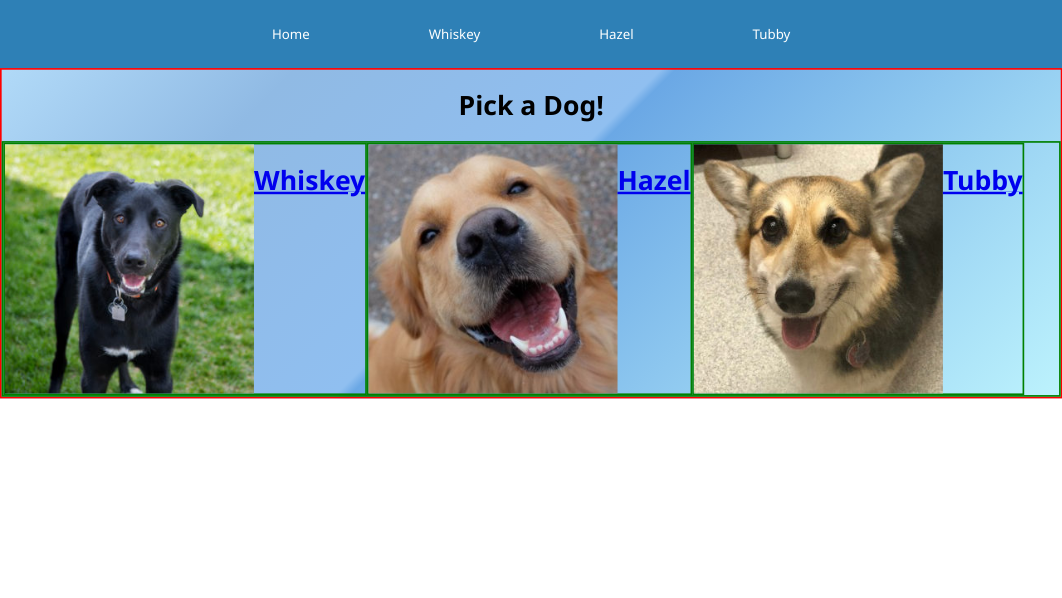
Repository: johnmutina/dog-finder
Page: /dogs
The author's editor kept a copy of each file at every save. The page is drawn from the files as they stood at one save, then again after the next save.
The browser window is 1280 px wide. The pictures show the whole page, at 83% of full size.
The project was rebuilt for these pictures with package versions that can differ from the ones it lists, and the page was loaded fresh each time. Also part of the build but not shown: src/Dog.js.

Above is the page before, as saved 2019-07-28 15:12:41.

After the next save:
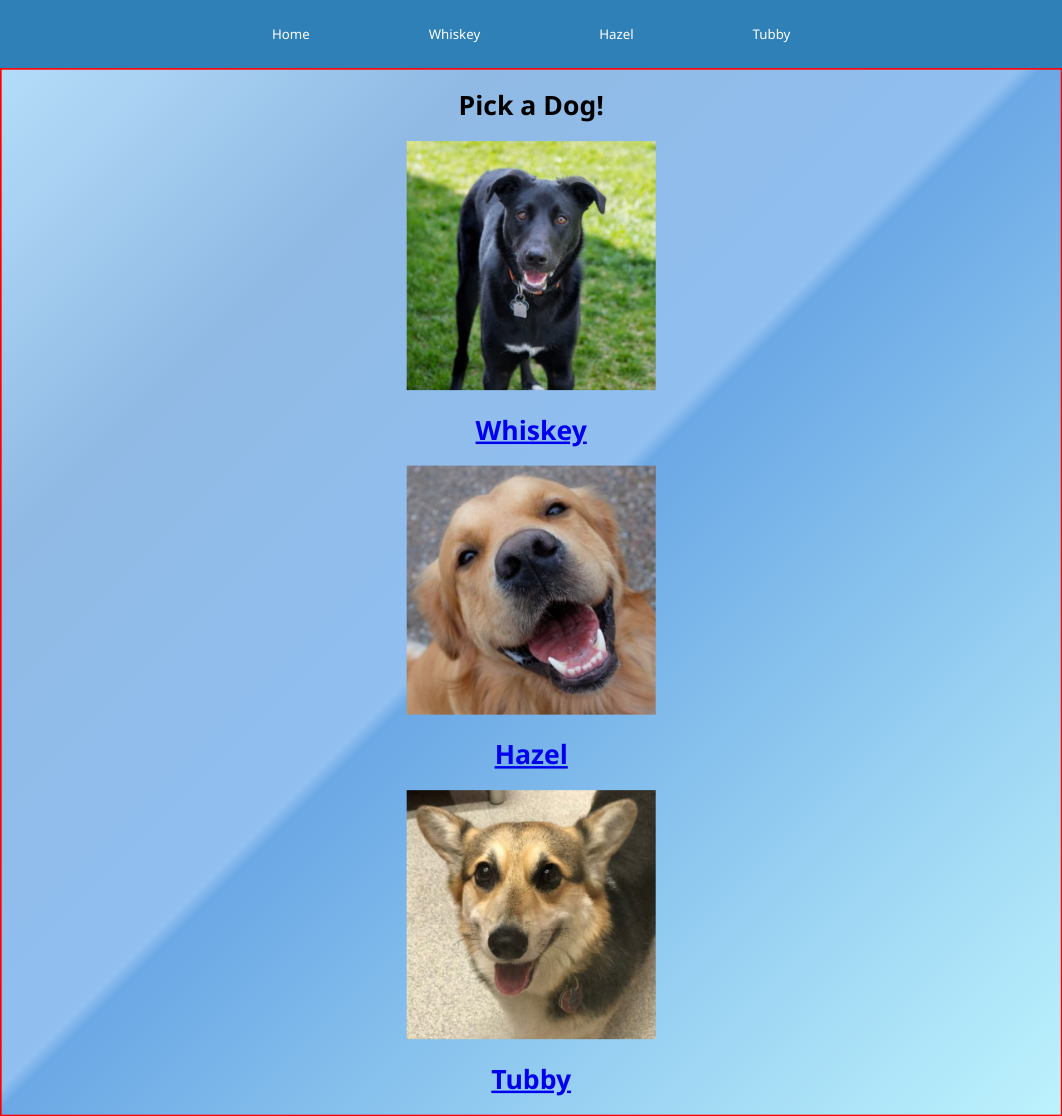
Saved 15 s later.
--- a/src/DogFinder.js
+++ b/src/DogFinder.js
@@ -7,10 +7,10 @@ class DogFinder extends Component {
     return (
       <div className="DogFinder">
         <h1>Pick a Dog!</h1>
-        <div className="DogFinder-container">
+        <div className="DogFinder-box">
           {this.props.dogs.map(dog => (
             <Link to={`/dogs/${dog.name}`}>
-              <div className="DogFinder-container">
+              <div className="DogFinder-dog-container">
                 <img src={dog.src} alt={dog.name} />
                 <h1>{dog.name}</h1>
               </div>
